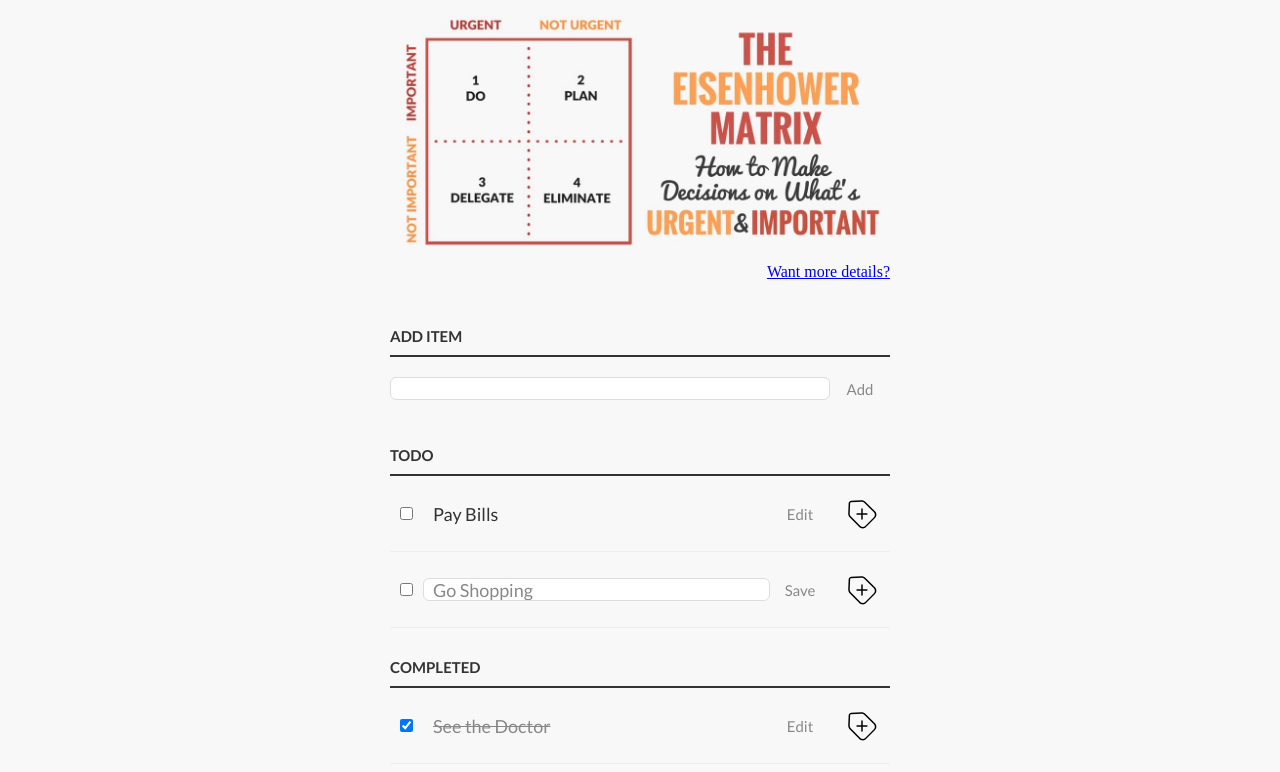
Repository: AlekseyRD88/clean-code-s1e1
Page: index.html
The author's editor kept a copy of each file at every save. The page is drawn from the files as they stood at one save, then again after the next save.
The browser window is 1280 px wide. The pictures show the whole page.

Above is the page before, as saved 2024-12-15 19:00:59.

### index.html
<!DOCTYPE html>
  <head>
    <title>Todo App</title>
    <link href="https://fonts.googleapis.com/css?family=Lato:300,400,700" rel="stylesheet">
    <link rel="stylesheet" href="style.css" type="text/css" media="screen" charset="utf-8">
  </head>
  <body class="page">
    <header class="header">
      <img src="./eisenhower-matrix.jpg" alt="matrix" class="header-img">
      <a class="more-info" href="https://goal-life.com/page/method/matrix-eisenhower">Want more details?</a>
    </header>
    <main class="centr-element">
      <p id="add-elem">
      <label for="new-task" class="new-task-label">Add Item</label>
        <div class="task-wrapper">
          <input id="new-task" class="task" type="text">
          <button>Add</button>
        </div>
      </p>
      <h3>Todo</h3>
      <ul id="incomplete-tasks">
        <li>
          <input type="checkbox">
          <label class="task">Pay Bills</label>
          <input type="text" class="task">
          <button class="edit">Edit</button>
          <button class="delete">
            <img src="./remove.svg" alt="icon-remove">
          </button>
        </li>
        <li class="edit-mode">
          <input type="checkbox">
          <label class="task">Go Shopping</label>
          <input type="text" value="Go Shopping" class="task">
          <button class="edit">Save</button>
          <button class="delete">
            <img src="./remove.svg" alt="icon-remove">
          </button>
        </li>
      </ul>
      <h3>Completed</h3>
      <ul id="completed-tasks">
        <li>
          <input type="checkbox" checked>
          <label class="task">See the Doctor</label>
          <input type="text" class="task">
          <button class="edit">Edit</button>
          <button class="delete">
            <img src="./remove.svg" alt="icon-remove">
          </button>
        </li>
      </ul>
    </main>
    <script src="app.js"></script>
  </body>
</html>

### style.css
/* Basic Style */
.page {
  background-color: #f8f8f8;
  color: #333;
  font-family: Lato, sans-serif;
}
.header {
  width: 500px;
  margin: 0 auto;
  display: block;
  text-align: right;
}
.header-img {
  width: 100%;
}
.header .more-info {
  font-family: fantasy, cursive;
}
@media (max-width:768px) {
  .header {
    text-align: center;
  }
}
.centr-element {
  display: block;
  width: 500px;
  margin: 0 auto 0;
}
.task {
  width: 56%;
  display: inline-block;
  flex-grow: 1;
}
.task-wrapper {
  display: flex;
}
ul {
  margin: 0;
  padding: 0px;
}
li,
h3 {
  list-style: none;
}
input,
button {
  outline: none;
}
button {
  background: none;
  border: 0px;
  color: #888;
  font-size: 15px;
  width: 60px;
  font-family: Lato, sans-serif;
  cursor: pointer;
}
button:hover {
  color: #3a3A3a;
}
/* Heading */
h3,
.new-task-label {
  color: #333;
  font-weight: 700;
  font-size: 15px;
  border-bottom: 2px solid #333;
  padding: 30px 0 10px;
  margin: 0;
  text-transform: uppercase;
}
input[type="text"] {
  margin: 0;
  font-size: 18px;
  line-height: 18px;
  height: 21px;
  padding: 0 9px;
  border: 1px solid #dDd;
  background: #FFF;
  border-radius: 6px;
  font-family: Lato, sans-serif;
  color: #888;
}
input[type="text"]:focus {
  color: #333;
}
/* New Task */
label[for='new-task'] {
  display: block;
  margin: 0 0 20px;
}
#new-task {
  width: 318px;
}
/* Task list */
li {
  overflow: hidden;
  padding: 20px 0;
  border-bottom: 1px solid #eee;
  display: flex;
  justify-content: space-between;
  align-items: center;
}
li > * {
  vertical-align: middle;
}
li > input[type="checkbox"] {
  margin: 0 10px;
}
li > label {
  padding-left: 10px;
  box-sizing: border-box;
  font-size: 18px;
  width: 226px;
}
li >    input[type="text"] {
  width: 226px
}
.delete img {
  height: 2em;
  transform: rotateZ(45deg);
  transition: transform 200ms ease-in;
}
.delete img:hover {
  transform: rotateZ(0);
}
/* Completed */
#completed-tasks label {
  text-decoration: line-through;
  color: #888;
}
/* Edit Task */
ul li input[type=text] {
  display: none;
}

ul .edit-mode input[type=text] {
  display: inline-block;
  width: 224px;
}

ul .edit-mode label {
  display: none;
}

### app.js
//Document is the DOM can be accessed in the console with document.window.
// Tree is from the top, html, body, p etc.

//Problem: User interaction does not provide the correct results.
//Solution: Add interactivity so the user can manage daily tasks.
//Break things down into smaller steps and take each step at a time.


// Event handling, user interaction is what starts the code execution.

var taskInput = document.getElementById("new-task"); //Add a new task.
var addButton = document.getElementsByTagName("button")[0]; //first button
var incompleteTaskHolder = document.getElementById("incomplete-tasks"); //ul of #incompleteTasks
var completedTasksHolder = document.getElementById("completed-tasks"); //completed-tasks


//New task list item
var createNewTaskElement = function (taskString) {

  var listItem = document.createElement("li");

  //input (checkbox)
  var checkBox = document.createElement("input"); //checkbx
  //label
  var label = document.createElement("label"); //label
  //input (text)
  var editInput = document.createElement("input"); //text
  //button.edit
  var editButton = document.createElement("button"); //edit button

  //button.delete
  var deleteButton = document.createElement("button"); //delete button
  var deleteButtonImg = document.createElement("img"); //delete button image

  label.innerText = taskString;
  label.className = 'task';

  //Each elements, needs appending
  checkBox.type = "checkbox";
  editInput.type = "text";
  editInput.className = "task";

  editButton.innerText = "Edit"; //innerText encodes special characters, HTML does not.
  editButton.className = "edit";

  deleteButton.className = "delete";
  deleteButtonImg.src = './remove.svg';
  deleteButton.appendChild(deleteButtonImg);


  //and appending.
  listItem.appendChild(checkBox);
  listItem.appendChild(label);
  listItem.appendChild(editInput);
  listItem.appendChild(editButton);
  listItem.appendChild(deleteButton);
  return listItem;
}



var addTask = function () {
  console.log("Add Task...");
  //Create a new list item with the text from the #new-task:
  if (!taskInput.value) return;
  var listItem = createNewTaskElement(taskInput.value);

  //Append listItem to incompleteTaskHolder
  incompleteTaskHolder.appendChild(listItem);
  bindTaskEvents(listItem, taskCompleted);

  taskInput.value = "";

}

//Edit an existing task.

var editTask = function () {
  console.log("Edit Task...");
  console.log("Change 'edit' to 'save'");


  var listItem = this.parentNode;

  var editInput = listItem.querySelector('input[type=text]');
  var label = listItem.querySelector("label");
  var editBtn = listItem.querySelector(".edit");
  var containsClass = listItem.classList.contains("edit-mode");
  //If class of the parent is .editmode
  if (containsClass) {

    //switch to .editmode
    //label becomes the inputs value.
    label.innerText = editInput.value;
    editBtn.innerText = "Edit";
  } else {
    editInput.value = label.innerText;
    editBtn.innerText = "Save";
  }

  //toggle .editmode on the parent.
  listItem.classList.toggle("edit-mode");
};


//Delete task.
var deleteTask = function () {
  console.log("Delete Task...");

  var listItem = this.parentNode;
  var ul = listItem.parentNode;
  //Remove the parent list item from the ul.
  ul.removeChild(listItem);

}


//Mark task completed
var taskCompleted = function () {
  console.log("Complete Task...");

  //Append the task list item to the #completed-tasks
  var listItem = this.parentNode;
  completedTasksHolder.appendChild(listItem);
  bindTaskEvents(listItem, taskIncomplete);

}


var taskIncomplete = function () {
  console.log("Incomplete Task...");
  //Mark task as incomplete.
  //When the checkbox is unchecked
  //Append the task list item to the #incompleteTasks.
  var listItem = this.parentNode;
  incompleteTaskHolder.appendChild(listItem);
  bindTaskEvents(listItem, taskCompleted);
}



var ajaxRequest = function () {
  console.log("AJAX Request");
}

//The glue to hold it all together.


//Set the click handler to the addTask function.
addButton.onclick = addTask;
addButton.addEventListener("click", addTask);
addButton.addEventListener("click", ajaxRequest);


var bindTaskEvents = function (taskListItem, checkBoxEventHandler) {
  console.log("bind list item events");
  //select ListItems children
  var checkBox = taskListItem.querySelector("input[type=checkbox]");
  var editButton = taskListItem.querySelector(".edit");
  var deleteButton = taskListItem.querySelector(".delete");


  //Bind editTask to edit button.
  editButton.onclick = editTask;
  //Bind deleteTask to delete button.
  deleteButton.onclick = deleteTask;
  //Bind taskCompleted to checkBoxEventHandler.
  checkBox.onchange = checkBoxEventHandler;
}

//cycle over incompleteTaskHolder ul list items
//for each list item
for (var i = 0; i < incompleteTaskHolder.children.length; i++) {

  //bind events to list items chldren(tasksCompleted)
  bindTaskEvents(incompleteTaskHolder.children[i], taskCompleted);
}




//cycle over completedTasksHolder ul list items
for (var i = 0; i < completedTasksHolder.children.length; i++) {
  //bind events to list items chldren(tasksIncompleted)
  bindTaskEvents(completedTasksHolder.children[i], taskIncomplete);
}




// Issues with usability don't get seen until they are in front of a human tester.

//prevent creation of empty tasks.

//Change edit to save when you are in edit mode.

After the next save:
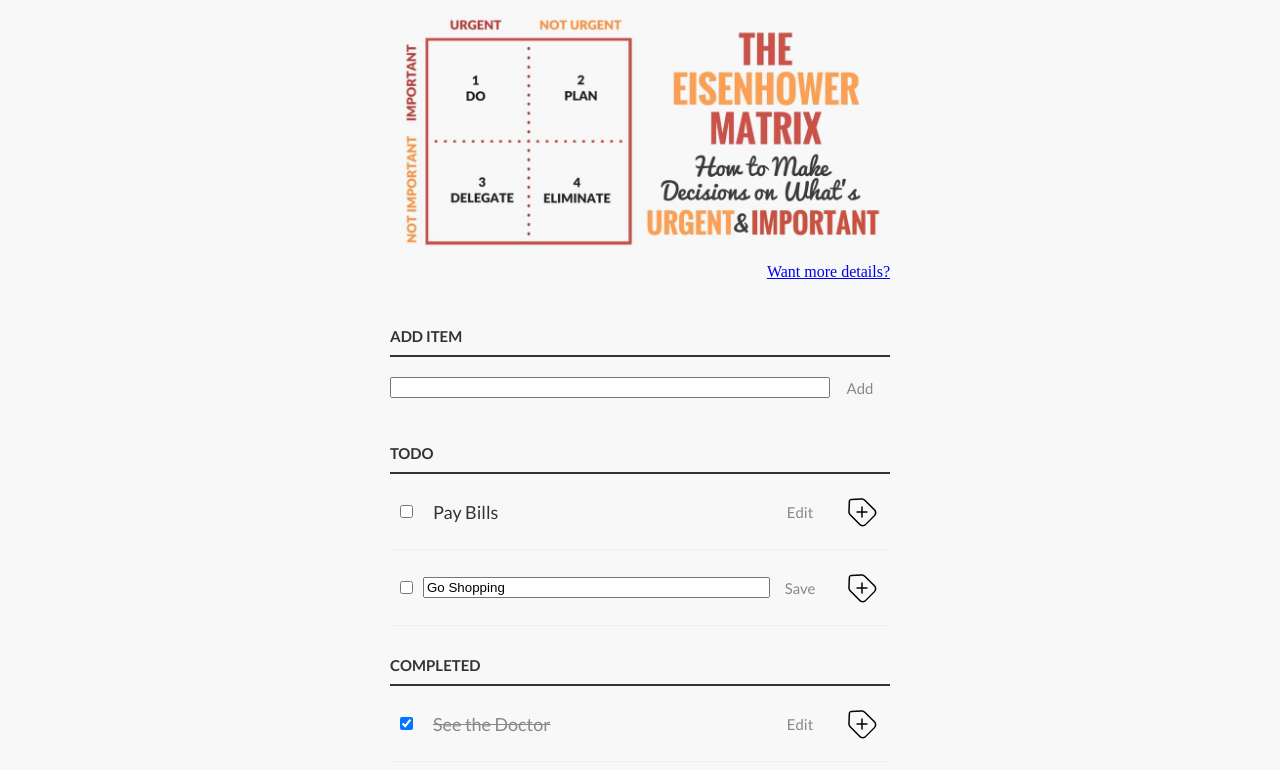
Saved 75 s later.
--- a/style.css
+++ b/style.css
@@ -69,7 +69,8 @@
   margin: 0;
   text-transform: uppercase;
 }
-input[type="text"] {
+/*input[type="text"]*/
+.text-input {
   margin: 0;
   font-size: 18px;
   line-height: 18px;
